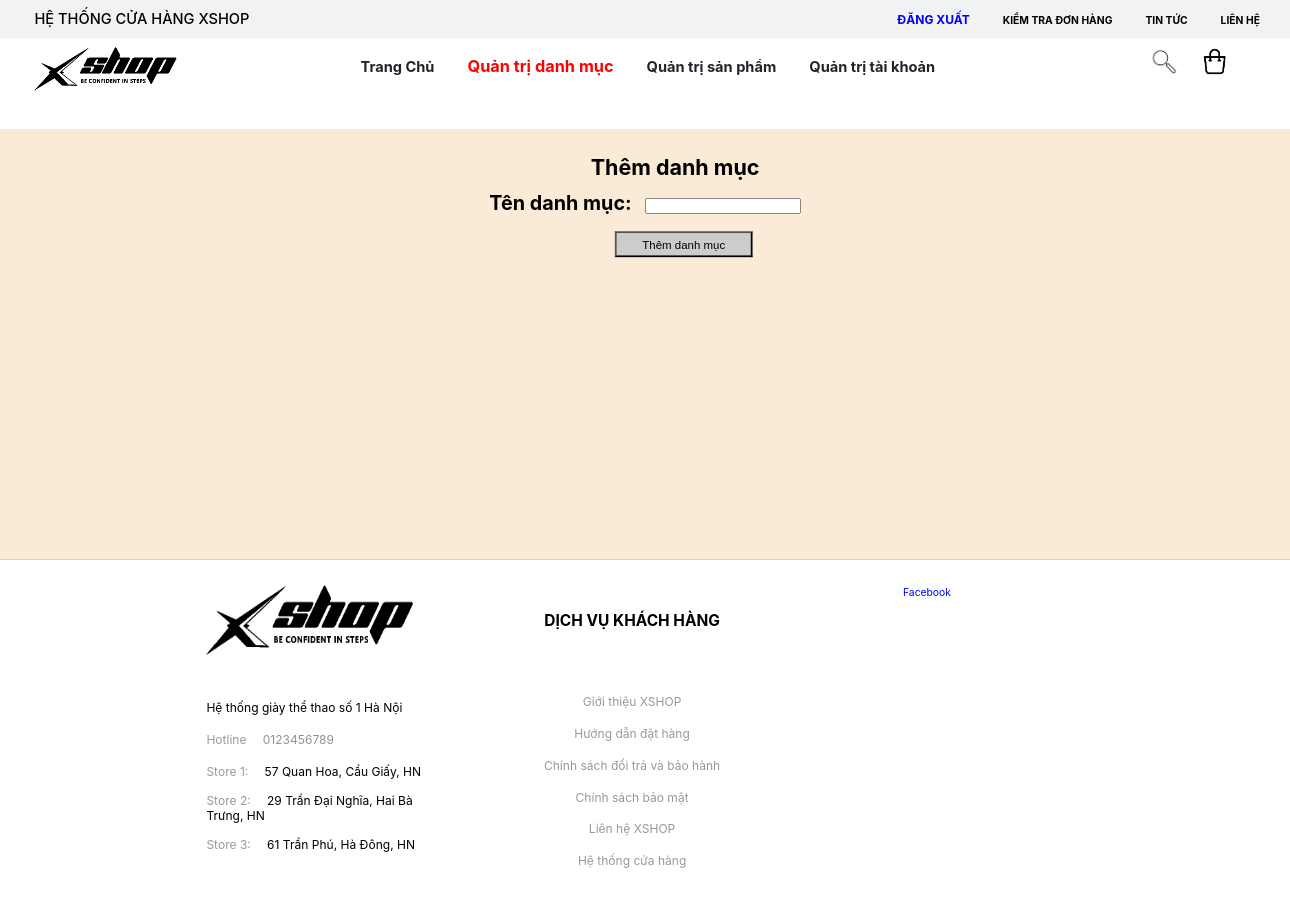
Repository: tienaq123/dam
Page: http://localhost/ass/ad/themdanhmuc.php
An editor plug-in stored every save of this project. The page is shown before and after the next save, followed by the edit.
The browser window is 1280 px wide. The page is 1500 px wide, so the pictures cover 1500 px, including what lies to the right of the window. The pictures show the whole page, at 86% of full size.
The page is run by PHP 8.4 with error messages shown; the project is at /var/www/html/.

Above is the page before, as saved 2021-10-14 06:02:27.

### ad/themdanhmuc.php
<!DOCTYPE html>
<html lang="en">

<head>
    <meta charset="UTF-8">
    <meta http-equiv="X-UA-Compatible" content="IE=edge">
    <meta name="viewport" content="width=device-width, initial-scale=1.0">
    <title>Document</title>
    <link rel="stylesheet" href="../css/themdm.css">
</head>

<body>


    <div id="wapper">

        <div id="topbar">
            <a href="#">
                <h2> HỆ THỐNG CỬA HÀNG XSHOP</h2>
            </a>
            <ul>
            <li><a class="active" style="color:blue; font-size: 14px;" href="../logout.php">ĐĂNG XUẤT</a></li>
                <li><a href="product.php">KIỂM TRA ĐƠN HÀNG</a></li>
                <li><a href="product.php">TIN TỨC</a></li>
                <li><a href="product.php">LIÊN HỆ</a></li>
            </ul>
        </div>
        <header id="header">
            <div id="logo">
                <a href="http://localhost/ass/"> <img src="../img/logo.png" alt="Logo"></a>
            </div>
            <div class="menu">
                <ul>
                    <li><a href="../home.php">Trang Chủ</a></li>
                    <li><a href="quantridanhmuc.php" style="color: red; font-size: 19px;">Quản trị danh mục</a></li>
                    <li><a href="quantrisanpham.php">Quản trị sản phẩm</a></li>
                    <li><a href="quantritaikhoan.php">Quản trị tài khoản</a></li>
                    <div id="nav">
                        <a href="product.php"> <img src="../img/search.png" alt=""></a>
                        <a href="product.php"><img src="../img/giohang.png" alt=""></a>
                    </div>
                </ul>

            </div>

        </header>

        <!-- END HEADER -->

        <main>
            <h2 style="font-size: 25px; padding-top: 30px; margin-left: 70px;">Thêm danh mục</h2>
            <form action="" method="POST">
                <Span style="font-size: 23px; font-weight:bold;">Tên danh mục: </Span> <input style="margin: 20px 0px 20px 10px; " type="text" name="tendanhmuc"> <br>
                <input style="background-color: #ccc; width: 160px; height: 30px; margin:0px 0px 20px 90px;" type="submit" value="Thêm danh mục" name="btn">
            </form>
            <?php
            include '../db.php';
            if (isset($_POST['btn'])) {
                $tendanhmuc = $_POST['tendanhmuc'];
                $sql = "insert into danhmuc values(null, '$tendanhmuc')";
                $kq = $conn->exec($sql);
                if ($kq == 1)
                    // echo "Thêm thành công danh mục!";
                    header("location:quantridanhmuc.php");
                else
                    echo "Không thêm được";
            }
            ?>
        </main>

        <!-- END MAIN -->

        <footer id="footer">
            <div id="logo_footer">
                <a href="#"><img src="../img/logo.png" alt=""></a>
                <p>Hệ thống giày thể thao số 1 Hà Nội</p>
                <p class="hotline"><span>Hotline</span> <a href="#">0123456789</a></p>
                <p><span>Store 1:</span> 57 Quan Hoa, Cầu Giấy, HN <br> <br> <span>Store 2:</span> 29 Trần Đại Nghĩa,
                    Hai Bà Trưng, HN <br> <br><span>Store 3:</span> 61
                    Trần Phú, Hà Đông, HN <br> <br> </p>
            </div>
            <div id="dichvu">
                <h2>DỊCH VỤ KHÁCH HÀNG</h2>
                <p><a href="#">Giới thiệu XSHOP</a> <br> </p>
                <p><a href="#">Hướng dẫn đặt hàng</a> <br> </p>
                <p><a href="#">Chính sách đổi trả và bảo hành</a> <br> </p>
                <p><a href="#">Chính sách bảo mật</a> <br> </p>
                <p><a href="#">Liên hệ XSHOP</a> <br> </p>
                <p><a href="#">Hệ thống cửa hàng</a></p>
            </div>

            <div id="facebook">
                <div id="fb-root"></div>
                <script async defer crossorigin="anonymous" src="https://connect.facebook.net/vi_VN/sdk.js#xfbml=1&version=v10.0&appId=256623368880552&autoLogAppEvents=1" nonce="aj8H3wq8"></script>
                <div class="fb-page" data-href="https://www.facebook.com/facebook" data-tabs="timeline" data-width="250" data-height="300" data-small-header="false" data-adapt-container-width="true" data-hide-cover="false" data-show-facepile="true">
                    <blockquote cite="https://www.facebook.com/facebook" class="fb-xfbml-parse-ignore"><a href="https://www.facebook.com/facebook">Facebook</a></blockquote>
                </div>
            </div>
        </footer>
    </div>
</body>

</html>

### db.php
<?php
    try {
        $conn=new PDO("mysql:host=localhost; dbname=dam;charset=utf8", "root", "");
    } catch (PDOException $e) {
        echo "Lỗi kết nối";
    }

### css/themdm.css
* {
    margin: 0;
    padding: 0;
}

body {
    font-family: -apple-system, BlinkMacSystemFont, 'Segoe UI', Roboto, Oxygen, Ubuntu, Cantarell, 'Open Sans', 'Helvetica Neue', sans-serif;
    font-size: 12px;
}

a {
    text-decoration: none;
    color: blue;
    list-style: none;
}

/* a:hover{
color: white;
} */

img {
    border: 0px;
}

header,
nav,
section,
aside,
article,
footer,
figure {
    display: block;
}

/* code page */

#wapper {
    width: 1500px;
    margin: auto;
    ;
    overflow: hidden;
}

#topbar {
    width: 1500px;
    height: 45px;
    background-color: #f1f2f4;
    float: left;
}

#topbar h2 {
    font-size: 17px;
    font-weight: 500;
    line-height: 45px;
    margin-left: 40px;
    color: #000;
    float: left;
}

#topbar ul {
    float: right;
}

#topbar ul li {
    display: inline-block;
    line-height: 45px;
    margin-right: 35px;
}

#topbar ul li a {
    color: #000;
    font-weight: bolder;
}

#topbar ul li a:hover {
    color: #775454;
}

#topbar ul li .active {
    color: cornflowerblue;
    font-size: 14px;
}

#header {
    width: 100%;
    height: 100px;
    background-color: #ffffff;
    padding: 10px 0 40px 0;
}

#header #logo img {
    float: left;
    width: 165px;
    height: 50px;
    color: #000;
    margin: 10px 0 0 40px;
}

#header .menu ul {
    text-align: center;
    margin-right: 50px;
    line-height: 66px;
}

#header .menu ul li {
    display: inline-block;
    margin-right: 35px;
}

#header .menu ul li a {
    font-size: 17px;
    font-weight: bold;
    color: #23232c;
}

#header .menu ul li a:hover {
    color: red;
}

#nav {
    float: right;
    line-height: 80px;
}

#nav img {
    width: 35px;
    height: 35px;
    margin-right: 20px;
}

main {
    text-align: center;
    min-height: 500px;
    background: antiquewhite;
}



#footer {
    width: 1500px;
    border-top: 1px solid #ccc;
    display: grid;
    grid-template-columns: 1fr 1fr 1fr;
}

#footer #logo_footer {
    float: left;
}

#footer #logo_footer img {
    width: 240px;
    height: 80px;
    margin: 30px 0 30px 240px;
}

#footer #logo_footer a {
    color: #909097;
}

#footer #logo_footer span {
    color: #999999;
    margin-right: 15px;
}

#footer #logo_footer p {
    font-size: 14px;
    margin: 20px 0 20px 240px;
}

#footer #dichvu {
    text-align: center;
    margin: 60px 30px 40px 0;
}

#footer #dichvu h2 {
    margin-bottom: 75px;
}

#footer #dichvu p {
    margin-bottom: 20px;
}

#footer #dichvu p a {
    font-size: 14px;
    color: #999999;
}

#footer #facebook {
    margin: 30px 0 0 50px;
}

After the next save:
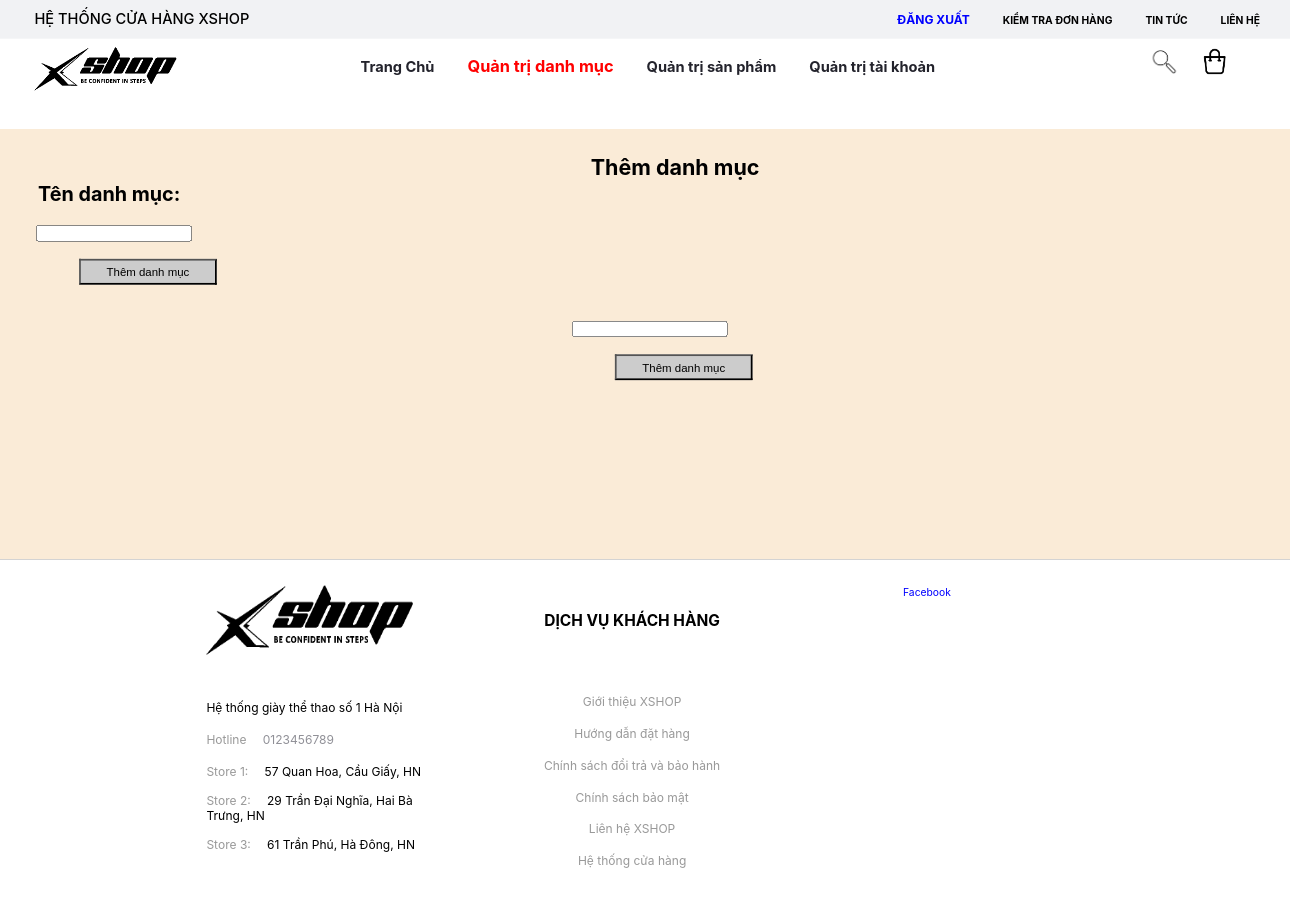
Saved 115 s later.
--- a/ad/themdanhmuc.php
+++ b/ad/themdanhmuc.php
@@ -50,7 +50,20 @@
         <main>
             <h2 style="font-size: 25px; padding-top: 30px; margin-left: 70px;">Thêm danh mục</h2>
             <form action="" method="POST">
-                <Span style="font-size: 23px; font-weight:bold;">Tên danh mục: </Span> <input style="margin: 20px 0px 20px 10px; " type="text" name="tendanhmuc"> <br>
+                <table>
+                    <tr>
+                        <td>
+                            <Span style="font-size: 23px; font-weight:bold;">Tên danh mục: </Span>
+                        </td>
+                    </tr>
+                    <tr>
+                        <td>
+                        <input style="margin: 20px 0px 20px 10px; " type="text" name="tendanhmuc"> <br>
+                <input style="background-color: #ccc; width: 160px; height: 30px; margin:0px 0px 20px 90px;" type="submit" value="Thêm danh mục" name="btn">
+                        </td>
+                    </tr>
+                </table>
+                 <input style="margin: 20px 0px 20px 10px; " type="text" name="tendanhmuc"> <br>
                 <input style="background-color: #ccc; width: 160px; height: 30px; margin:0px 0px 20px 90px;" type="submit" value="Thêm danh mục" name="btn">
             </form>
             <?php
